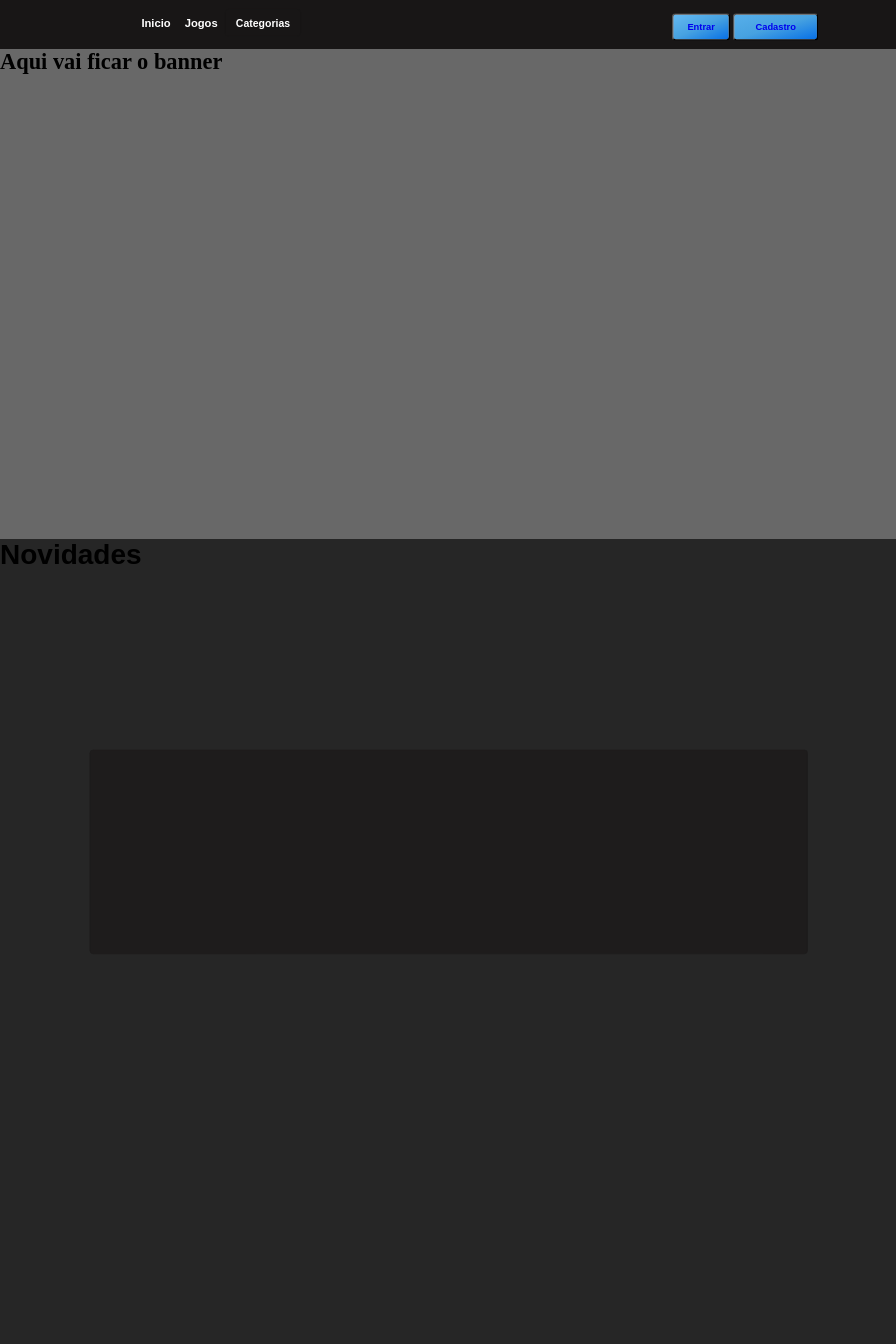
Repository: MarcoantonioCaldeira/Projeto-Go-Gamming
Page: /
An editor plug-in stored every save of this project. The page is shown before and after the next save, followed by the edit.
The browser window is 1280 px wide. The pictures show the part of the page from y = 0 to 1920 px (the page is 3570 px tall), at 70% of full size.
The project was rebuilt for these pictures with package versions that can differ from the ones it lists, and the page was loaded fresh each time. Also part of the build but not shown: src/pages/Jogos/Jogos.js, src/pages/Categorias/Acao.js, src/pages/Categorias/Aventura.js, src/pages/Categorias/Arcades.js, src/pages/Categorias/Familia.js, src/pages/Categorias/Independentes.js, src/pages/Categorias/Jogos_RPG.js, src/pages/Categorias/Gratuitos.js and 4 more.

Above is the page before, as saved 2023-02-13 18:28:54.

### src/App.js
import ReactDOM from "react-dom/client";
import "./fonts/Poppins.ttf";
import { BrowserRouter, Routes, Route } from "react-router-dom";

import Menu from "./pages/Menu/Menu";
import Inicio from "./pages/Inicio/Inicio";

//Categorias
import Jogos from "./pages/Jogos/Jogos";
import Acao from "./pages/Categorias/Acao";
import Aventura from "./pages/Categorias/Aventura";
import Arcades from "./pages/Categorias/Arcades";
import Familia from "./pages/Categorias/Familia";
import Independentes from "./pages/Categorias/Independentes";
import Jogos_RPG from "./pages/Categorias/Jogos_RPG";
import Gratuitos from "./pages/Categorias/Gratuitos";
import Terror from "./pages/Categorias/Terror";
import Suspence from "./pages/Categorias/Suspence";


import Login from "./pages/Login/Login";
import Cadastro from "./pages/Cadastro/Cadastro";

function App() {
  return (
   <BrowserRouter>
    <Routes>
      <Route path="/" element={<Menu />}>
          <Route index element={<Inicio />} />
          <Route path="jogos" element={< Jogos />} />
            <Route path="Acao" element={<Acao />} />
            <Route path="Aventura" element={<Aventura />} />
            <Route path="Arcades" element={<Arcades />} />
            <Route path="Familia" element={<Familia />} />
            <Route path="Independentes" element={<Independentes />} />
            <Route path="Jogos_RPG" element={<Jogos_RPG />} />
            <Route path="Gratuitos" element={<Gratuitos />} />
            <Route path="Terror" element={<Terror />} />
            <Route path="Suspence" element={<Suspence />} />
          <Route path="Login" element={<Login />} />
          <Route path="Cadastro" element={<Cadastro />} />
        </Route>
    </Routes>
   </BrowserRouter>
  );
}

const root = ReactDOM.createRoot(document.getElementById('root'))
root.render(<App />);

export default App;

### src/pages/Menu/Menu.js
import { Outlet, Link } from "react-router-dom";
import './estilo.css';


const Menu = () => {
  return (
      <>
        <nav id="nav_bar">
          <ul id="menu">
            <li>
              <Link to="/">Inicio</Link>
            </li>
            <li>
              <Link to="/Jogos">Jogos</Link>
            </li>
            <div class="dropdown" >
              <button class="dropbtn">Categorias</button>
                  <div class="dropdown-content">
                    <a><Link to="./Acao">Ação</Link></a>
                    <a><Link to="./Aventura">Aventura</Link></a>
                    <a><Link to="./Arcades">Arcades</Link></a>
                    <a><Link to="./Familia">Familia</Link></a>
                    <a><Link to="./Independentes">Independetes</Link></a>
                    <a><Link to="./Jogos_RPG">Jogos_RPG</Link></a>
                    <a><Link to="./Gratuitos">Gratuitos</Link></a>
                    <a><Link to="./Terror">Torror</Link></a>
                    <a><Link to="./Suspence">Suspence</Link></a>
                  </div>
            </div>
          </ul>
          <div id="area_cliente">
            <button class="area_cliente_login"><Link to="./Login">Entrar</Link></button>
            <button class="area_cliente_cadastro"><Link to="./Cadastro">Cadastro</Link></button>
          </div>
        </nav>
        <Outlet />
      </>
  )
};

export default Menu;

### src/pages/Inicio/Inicio.js
import "./estilo.css"
import  Rodape from  "../rodape/rodape"


const Inicio = () => {

    return(
        <div>

            <div id="Local_Img">
                <h1>Aqui vai ficar o banner</h1>
            </div>
            <div id="Corpo_Site">

                <div id="Area_Principal">

                    <h2 class="h1_novidades">Novidades</h2>

                    <div id="Area_Novidades">

                    </div>
                </div>


                {/* Jogos mais comprados
                <div id="Area_Mais_Comprados">

                </div> */}


                {/* Melhores franquias
                <div Area>

                </div> */}
            </div>
            <Rodape />
        </div>
    )
}

export default Inicio;

### src/pages/Menu/estilo.css

*{
    text-decoration: none;
    margin: 0;
    padding: 0;
}

#nav_bar{
    width: 100%;
    height: 70px;
    background-color: #181616;
}

#menu{
    width:20%;
    height: 70px;
    margin-left: 15%;
    /* background-color: red; */
    list-style:none;
}

#nav_bar li{
    position:relative;
    float:left;
}

#nav_bar li a{
    text-decoration:none;
    padding:5px 10px;
    margin-top: 30%;
    display:block;
    color: white;
    font-weight: 700;
    font-family: 'Montserrat', sans-serif;
}



/* DropDown Button */

.dropdown {
    position: relative;
    display: inline-block;
}


.dropbtn{
    position: relative;
    background-color: #181616;
    padding: 10px 15px;
    font-size: 15px;
    margin-top: 12%;
    font-family: 'Montserrat', sans-serif;
    font-weight: 700;
    border: 1px solid;
    border-radius: 5px;
    border-color: #181616;
    color: white;
}


.dropdown-content {
    display: none;
    position: absolute;
    background-color: #222121;
    font-size: 80%;
    font-weight: 700;
    font-family: 'Montserrat', sans-serif;
    min-width: 80px;
    box-shadow: 0px 8px 16px 0px rgba(0,0,0,0.2);
    z-index: 1;
  }

  .dropdown-content a {
    color: white;
    padding: 12px 16px;
    text-decoration: none;
    display: block;
  }

  .dropdown-content a:hover {background-color: #2b2a2a}

  .dropdown:hover .dropdown-content {
    display: block;
  }

  /* Area do Cliente */

  #area_cliente{
    position: relative;
    width: 20%;
    margin-left: 75%;
    margin-top: -6%;
    height: 70px;
    text-decoration: none;
  }

  .area_cliente_login{
    padding: 10px 20px;
    font-weight: 700;
    border-radius: 5px;
    color: white;
    background-image:  linear-gradient(to bottom right,#64b9f2, #47A2E0, #0770E7);
    font-family: 'Montserrat', sans-serif;
    border-color: none;
  }

  .area_cliente_cadastro{
    margin-top: 10%;
    padding: 10px 30px;
    font-weight: 700;
    margin-left: 4px;
    color: white;
    border-radius: 5px;
    background-image:  linear-gradient(to bottom right,#57afea,#47A2E0, #0770E7);
    font-family: 'Montserrat', sans-serif;
    border-color: none;
  }

### src/pages/Inicio/estilo.css

#Local_Img{
    background-color: rgb(104, 104, 104);
    width: 100%;
    height: 700px;
}

#Corpo_Site{
    width: 100%;
    background-color: #262626;
    height: 2500px;
}

#RodapeSite{
    width: 100%;
    height: 300px;
    background-color: #181616;
}

/* Estilizando as categorias */

.h1_novidades{
    font-family: Arial, Helvetica, sans-serif;
    font-family: #FAFAFA;
    font-size: 40px;
}

#Area_Novidades{
    position: relative;
    margin-top: 20%;
    width: 80%;
    height: 290px;
    margin-left: 10%;
    border-radius: 5px;
    border: 1px solid #1E1C1C;
    background-color: #1E1C1C;
}

### src/pages/rodape/rodape.js


const rodape = () => {

    return(
        <div id="RodapeSite">
            <h2>Aqui é o rodape</h2>
        </div>
    )
}

export default rodape;

Loaded but not shown: public/index.html (common file); src/index.js (common file); src/reportWebVitals.js (common file)

After the next save:
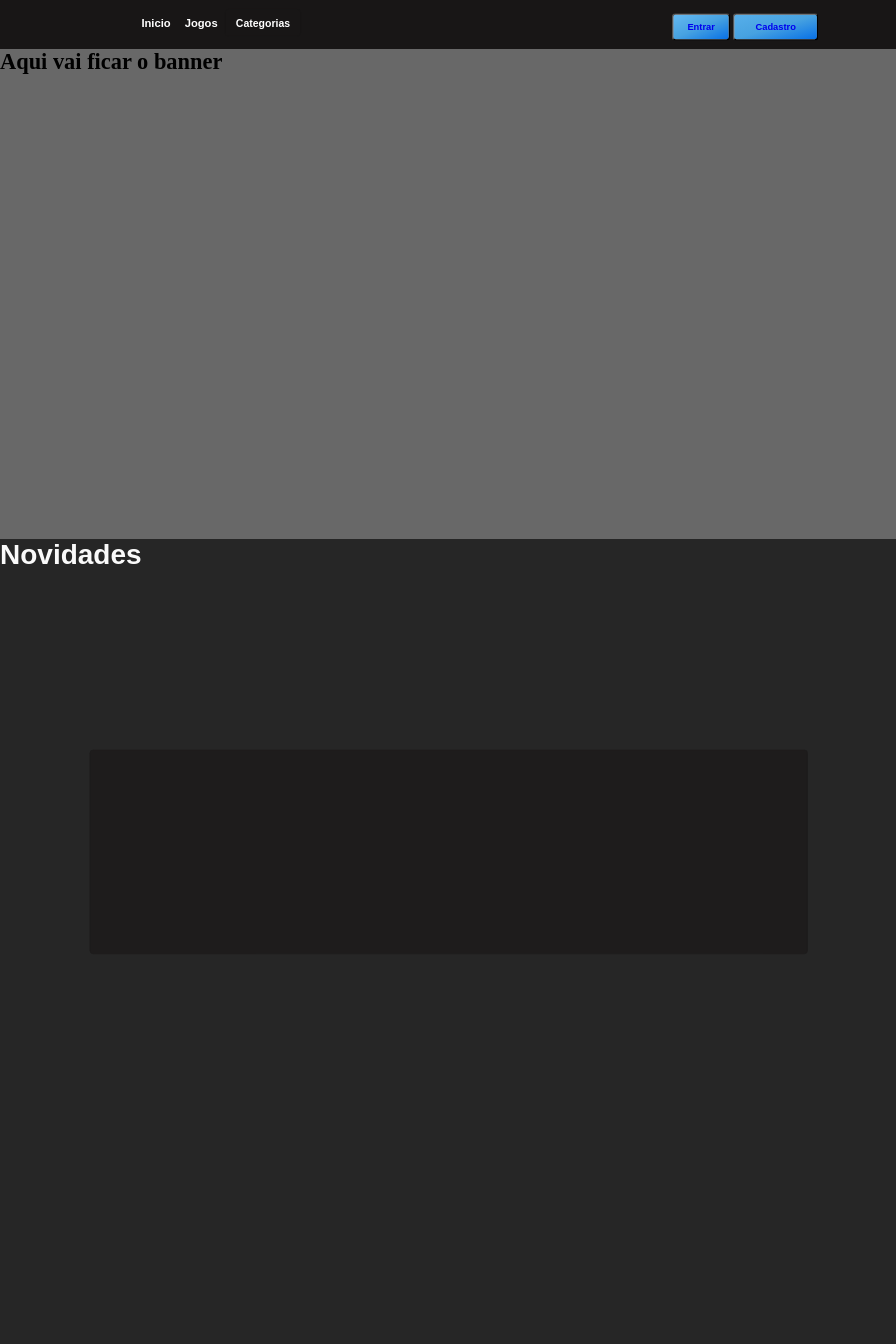
Saved 12 s later.
--- a/src/pages/Inicio/estilo.css
+++ b/src/pages/Inicio/estilo.css
@@ -21,7 +21,7 @@
 
 .h1_novidades{
     font-family: Arial, Helvetica, sans-serif;
-    font-family: #FAFAFA;
+    color: #FAFAFA;
     font-size: 40px;
 }
 
